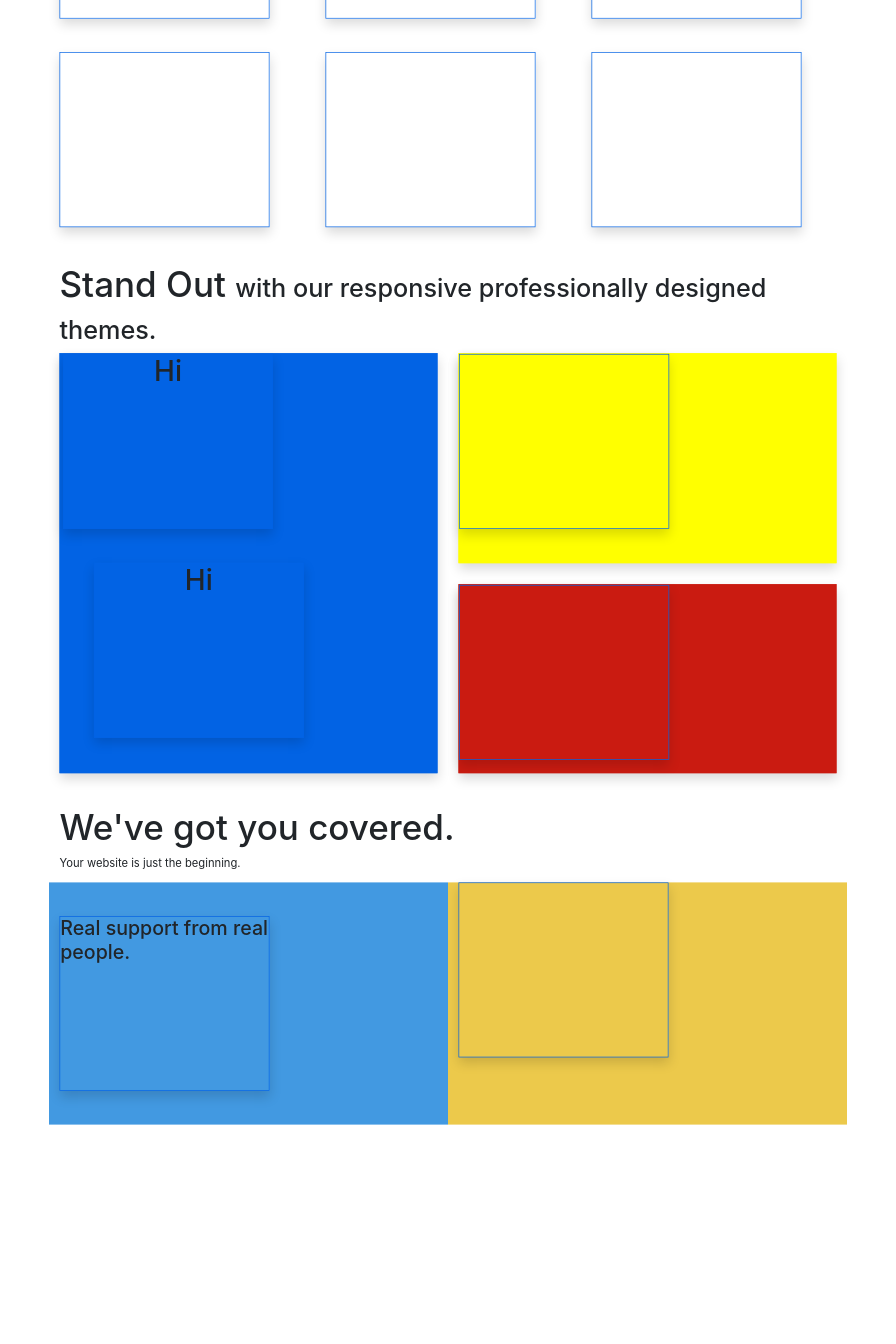
Repository: latenightsnacc/Static-Web-Projects
Page: Dunno Yet/index.html
These files come from the project's save history. The page is drawn as it stood at one moment and after the next save; the edit follows.
The browser window is 1280 px wide. The pictures show the part of the page from y = 1832 to 3752 px (the page is 3752 px tall), at 70% of full size.
The style sheet was rebuilt from its Sass, Less or Tailwind sources for each picture, by a compiler version that may differ from the author's.

Above is the page before, as saved 2020-11-11 10:32:29.

After the next save:
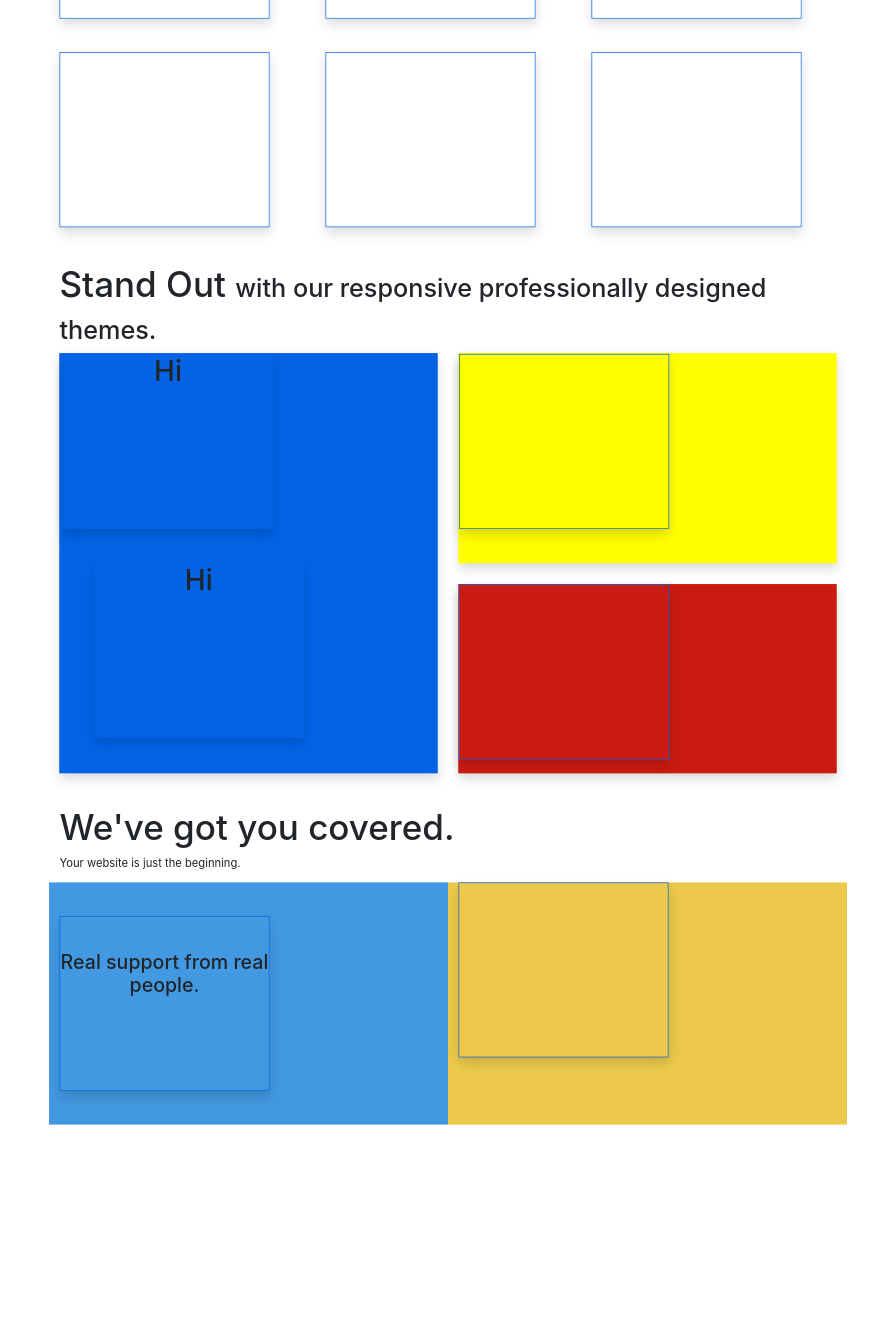
Saved 12 s later.
--- a/Dunno Yet/index.html
+++ b/Dunno Yet/index.html
@@ -194,7 +194,7 @@
             <div class="row">
                 <div class="col-xs-12 col-s-12 col-md-6 col-lg-6 col-xl-6 bg-blue-500">
                     <div class="clear-box mt-5 mb-5">
-                        <h3 class="">Real support from real people.</h3>
+                        <h3 class="text-center pt-5">Real support from real people.</h3>
                     </div>
                 </div>
                 <div class="col-xs-12 col-s-12 col-md-6 col-lg-6 col-xl-6 bg-yellow-500">
